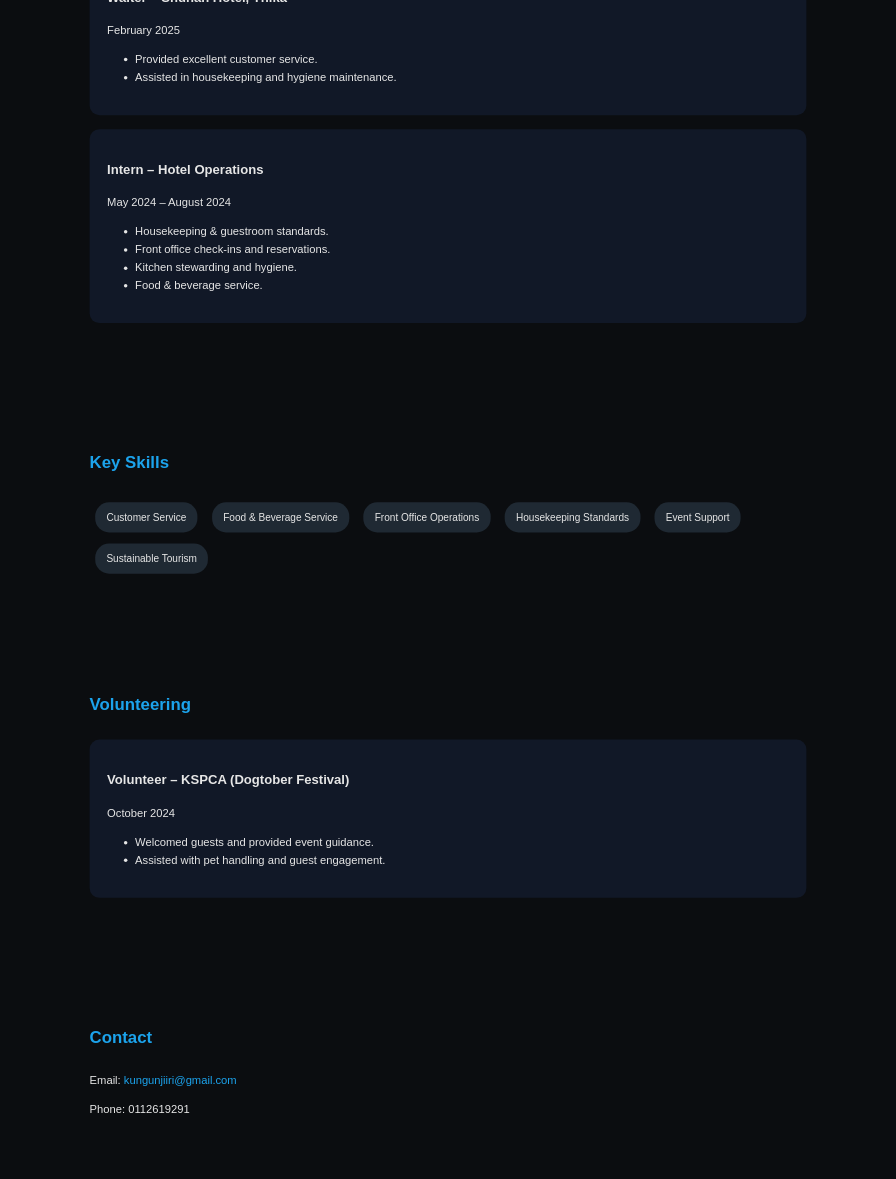
Repository: ladygit-comits/Solomon_Portfolio
Page: index.html
These files come from the project's save history. The page is drawn as it stood at one moment and after the next save; the edit follows.
The browser window is 1280 px wide. The pictures show the part of the page from y = 2311 to 4231 px (the page is 3995 px tall before and 4231 px after), at 70% of full size.

Above is the page before, as saved 2025-12-31 13:22:51.

### index.html
<!DOCTYPE html>
<html lang="en">
<head>
  <meta charset="UTF-8">
  <title>Solomon Njiiri Kung’u | Hospitality Management</title>
  <link rel="stylesheet" href="style.css">
</head>
<body>
<!-- NAVBAR -->
<header class="navbar">
  <div class="logo">Solomon Njiiri Kung’u</div>
  <nav>
    <a href="#about">About</a>
    <a href="#education">Education</a>
    <a href="#experience">Experience</a>
    <a href="#skills">Skills</a>
    <a href="#volunteering">Volunteering</a>
    <a href="#contact">Contact</a>
  </nav>
</header>

  <!-- HERO -->
  <section class="hero">
    <h1>Solomon Njiiri Kung’u</h1>
    <p class="subtitle">Ecotourism & Hospitality Management Graduate</p>
    <p class="tagline">
      Delivering exceptional guest experiences with sustainability at heart.
    </p>
    <a href="#contact" class="btn">Contact Me</a>
  </section>

  <!-- ABOUT -->
  <section id="about" class="section">
    <h2>About Me</h2>
    <p>
      I am a results-driven hospitality professional with hands-on experience in
      food & beverage service, front office operations, housekeeping, and event support.
      I am passionate about delivering high-quality guest experiences while promoting
      sustainable tourism practices.
    </p>
  </section>

  <!-- EDUCATION -->
  <section id="education" class="section">
    <h2>Education</h2>
    <div class="card">
      <h3>BSc. Ecotourism & Hospitality Management</h3>
      <p>Egerton University | 2021 – 2025</p>
    </div>
    <div class="card">
      <h3>Kenya Certificate of Secondary Education</h3>
      <p>Njiiri High School | 2017 – 2020</p>
    </div>
  </section>

  <!-- EXPERIENCE -->
  <section id="experience" class="section">
    <h2>Work Experience</h2>

    <div class="card highlight">
      <h3>Waiter – Radisson Blu Hotel</h3>
      <p>August 2025</p>
      <ul>
        <li>Delivered high-quality customer service in a fast-paced luxury hotel.</li>
        <li>Supported international events hosted by the World Bank, IMF, and University of Antwerp.</li>
        <li>Provided professional service to international delegates.</li>
      </ul>
    </div>

    <div class="card">
      <h3>Waiter – Shuhan Hotel, Thika</h3>
      <p>February 2025</p>
      <ul>
        <li>Provided excellent customer service.</li>
        <li>Assisted in housekeeping and hygiene maintenance.</li>
      </ul>
    </div>

    <div class="card">
      <h3>Intern – Hotel Operations</h3>
      <p>May 2024 – August 2024</p>
      <ul>
        <li>Housekeeping & guestroom standards.</li>
        <li>Front office check-ins and reservations.</li>
        <li>Kitchen stewarding and hygiene.</li>
        <li>Food & beverage service.</li>
      </ul>
    </div>
  </section>

  <!-- SKILLS -->
  <section id="skills" class="section">
    <h2>Key Skills</h2>
    <div class="skills">
      <span>Customer Service</span>
      <span>Food & Beverage Service</span>
      <span>Front Office Operations</span>
      <span>Housekeeping Standards</span>
      <span>Event Support</span>
      <span>Sustainable Tourism</span>
    </div>
  </section>

  <!-- VOLUNTEERING -->
  <section id="volunteering" class="section">
    <h2>Volunteering</h2>
    <div class="card">
      <h3>Volunteer – KSPCA (Dogtober Festival)</h3>
      <p>October 2024</p>
      <ul>
        <li>Welcomed guests and provided event guidance.</li>
        <li>Assisted with pet handling and guest engagement.</li>
      </ul>
    </div>
  </section>

  <!-- CONTACT -->
  <section class="section contact" id="contact">
    <h2>Contact</h2>
    <p>Email: <a href="mailto:kungunjiiri@gmail.com">kungunjiiri@gmail.com</a></p>
    <p>Phone: 0112619291</p>
  </section>
<script src="script.js"></script>
<button id="scrollTopBtn" title="Go to top">
  <svg xmlns="http://www.w3.org/2000/svg" viewBox="0 0 24 24" width="24" height="24" fill="none" stroke="#000" stroke-width="2" stroke-linecap="round" stroke-linejoin="round">
    <line x1="12" y1="19" x2="12" y2="5"/>
    <polyline points="5 12 12 5 19 12"/>
  </svg>
</button>


</body>
</html>

### style.css
:root {
  --black: #0B0D10;
  --dark-blue: #0F3057;
  --accent-blue: #1CA3EC;
  --text-light: #E6E6E6;
  --muted-gray: #9AA4AF;
}

body {
  margin: 0;
  font-family: "Poppins", sans-serif;
  background: var(--black);
  color: var(--text-light);
  line-height: 1.6;
}

.hero {
  min-height: 100vh;
  padding: 80px 20px;
  text-align: center;
  background: linear-gradient(180deg, #0B0D10, #0F3057);
  position: relative;
}

.hero h1 {
  font-size: 3rem;
  margin-bottom: 10px;
}

.subtitle {
  color: var(--accent-blue);
  font-weight: 500;
}

.tagline {
  max-width: 600px;
  margin: 20px auto;
  color: var(--muted-gray);
}

.btn {
  display: inline-block;
  margin-top: 30px;
  padding: 12px 28px;
  background: var(--accent-blue);
  color: #000;
  text-decoration: none;
  border-radius: 30px;
  font-weight: 600;
}

.section {
  padding: 70px 10%;
}

.section h2 {
  color: var(--accent-blue);
  margin-bottom: 30px;
}

.card {
  background: #111827;
  padding: 25px;
  border-radius: 14px;
  margin-bottom: 20px;
  transition: transform 0.3s ease, box-shadow 0.3s ease;
}

.card.highlight {
  border: 1px solid var(--accent-blue);
}

.skills span {
  display: inline-block;
  background: #1f2933;
  padding: 10px 16px;
  margin: 8px;
  border-radius: 20px;
  font-size: 0.9rem;
}

.contact a {
  color: var(--accent-blue);
  text-decoration: none;
}

.hero h1, .subtitle, .tagline, .btn {
  transform: translateY(20px);
  opacity: 0;
}

.btn:hover {
  box-shadow: 0 0 20px var(--accent-blue), 0 0 40px var(--accent-blue);
  transform: translateY(-3px);
}

.navbar {
  position: sticky;
  top: 0;
  display: flex;
  justify-content: space-between;
  align-items: center;
  padding: 15px 10%;
  background: rgba(11,13,16,0.95);
  z-index: 1000;
}

.navbar .logo {
  font-weight: 700;
  color: var(--accent-blue);
}

.navbar nav a {
  color: var(--text-light);
  margin-left: 25px;
  text-decoration: none;
  font-weight: 500;
  transition: color 0.3s;
}

.navbar nav a:hover {
  color: var(--accent-blue);
}
#scrollTopBtn {
  position: fixed;
  bottom: 30px;
  right: 30px;
  width: 50px;
  height: 50px;
  border: none;
  border-radius: 50%;
  background-color: var(--accent-blue);
  cursor: pointer;
  display: none;
  align-items: center;
  justify-content: center;
  z-index: 1000;
  box-shadow: 0 4px 12px rgba(28,163,236,0.4);
  transition: transform 0.3s, opacity 0.3s;
  padding: 0;
}

#scrollTopBtn svg {
  width: 24px;
  height: 24px;
  stroke: #000;
}

#scrollTopBtn:hover {
  transform: translateY(-3px);
  opacity: 0.8;
}

.typewriter {
  overflow: hidden;
  border-right: 2px solid var(--accent-blue);
  white-space: nowrap;
  margin: 0 auto;
  letter-spacing: 2px;
  animation: typing 4s steps(60, end), blink 0.7s infinite;
}

@keyframes typing {
  from { width: 0; }
  to { width: 100%; }
}

@keyframes blink {
  50% { border-color: transparent; }
}

.hero::before {
  content: '';
  position: absolute;
  width: 150px;
  height: 150px;
  background: var(--accent-blue);
  border-radius: 50%;
  top: 50px;
  left: 20%;
  opacity: 0.15;
  animation: float 6s ease-in-out infinite alternate;
}

.hero::after {
  content: '';
  position: absolute;
  width: 120px;
  height: 120px;
  background: var(--accent-blue);
  border-radius: 50%;
  top: 200px;
  right: 15%;
  opacity: 0.12;
  animation: float 8s ease-in-out infinite alternate-reverse;
}

@keyframes float {
  0% { transform: translateY(0) translateX(0); }
  50% { transform: translateY(-20px) translateX(15px); }
  100% { transform: translateY(0) translateX(0); }
}

### script.js
document.addEventListener('DOMContentLoaded', function() {
  const heroElements = document.querySelectorAll('.hero h1, .subtitle, .tagline, .btn');
  heroElements.forEach((el, i) => {
    el.style.opacity = 0;
    setTimeout(() => {
      el.style.transition = 'opacity 1s ease-out, transform 1s ease-out';
      el.style.opacity = 1;
      el.style.transform = 'translateY(0)';
    }, i * 300);
  });

  const cards = document.querySelectorAll('.card');
  cards.forEach(card => {
    card.addEventListener('mouseenter', () => {
      card.style.transform = 'translateY(-10px)';
      card.style.boxShadow = '0 15px 30px rgba(28,163,236,0.3)';
    });
    card.addEventListener('mouseleave', () => {
      card.style.transform = 'translateY(0)';
      card.style.boxShadow = 'none';
    });
  });

  const links = document.querySelectorAll('a[href^="#"]');
  links.forEach(link => {
    link.addEventListener('click', function(e) {
      e.preventDefault();
      document.querySelector(this.getAttribute('href')).scrollIntoView({behavior: 'smooth'});
    });
  });

  const scrollBtn = document.getElementById('scrollTopBtn');
  window.onscroll = function() {
    if (document.body.scrollTop > 300 || document.documentElement.scrollTop > 300) {
      scrollBtn.style.display = "block";
    } else {
      scrollBtn.style.display = "none";
    }
  };
  scrollBtn.addEventListener('click', function() {
    window.scrollTo({top: 0, behavior: 'smooth'});
  });

  const tagline = document.querySelector('.tagline');
  const text = tagline.textContent;
  tagline.textContent = '';
  let i = 0;
  function typeWriter() {
    if (i < text.length) {
      tagline.textContent += text.charAt(i);
      i++;
      setTimeout(typeWriter, 50);
    }
  }
  typeWriter();
});

After the next save:
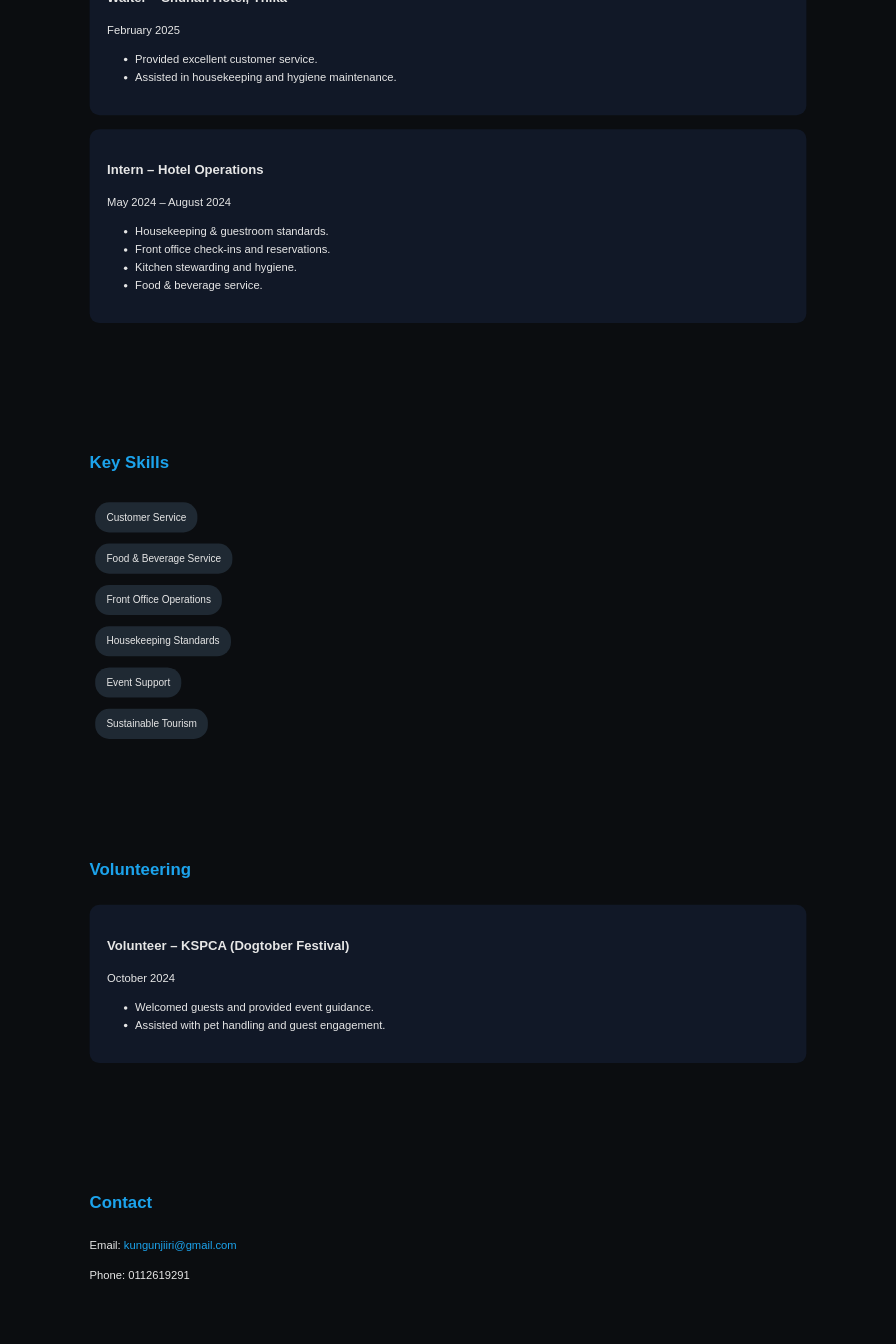
Saved 84 s later.
--- a/index.html
+++ b/index.html
@@ -89,17 +89,36 @@
   </section>
 
   <!-- SKILLS -->
-  <section id="skills" class="section">
-    <h2>Key Skills</h2>
-    <div class="skills">
+ <section id="skills" class="section">
+  <h2>Key Skills</h2>
+  <div class="skills">
+    <div class="skill">
       <span>Customer Service</span>
+      <div class="skill-bar"><div class="skill-fill" style="width: 90%;"></div></div>
+    </div>
+    <div class="skill">
       <span>Food & Beverage Service</span>
+      <div class="skill-bar"><div class="skill-fill" style="width: 85%;"></div></div>
+    </div>
+    <div class="skill">
       <span>Front Office Operations</span>
+      <div class="skill-bar"><div class="skill-fill" style="width: 80%;"></div></div>
+    </div>
+    <div class="skill">
       <span>Housekeeping Standards</span>
+      <div class="skill-bar"><div class="skill-fill" style="width: 85%;"></div></div>
+    </div>
+    <div class="skill">
       <span>Event Support</span>
+      <div class="skill-bar"><div class="skill-fill" style="width: 80%;"></div></div>
+    </div>
+    <div class="skill">
       <span>Sustainable Tourism</span>
+      <div class="skill-bar"><div class="skill-fill" style="width: 75%;"></div></div>
     </div>
-  </section>
+  </div>
+</section>
+
 
   <!-- VOLUNTEERING -->
   <section id="volunteering" class="section">
